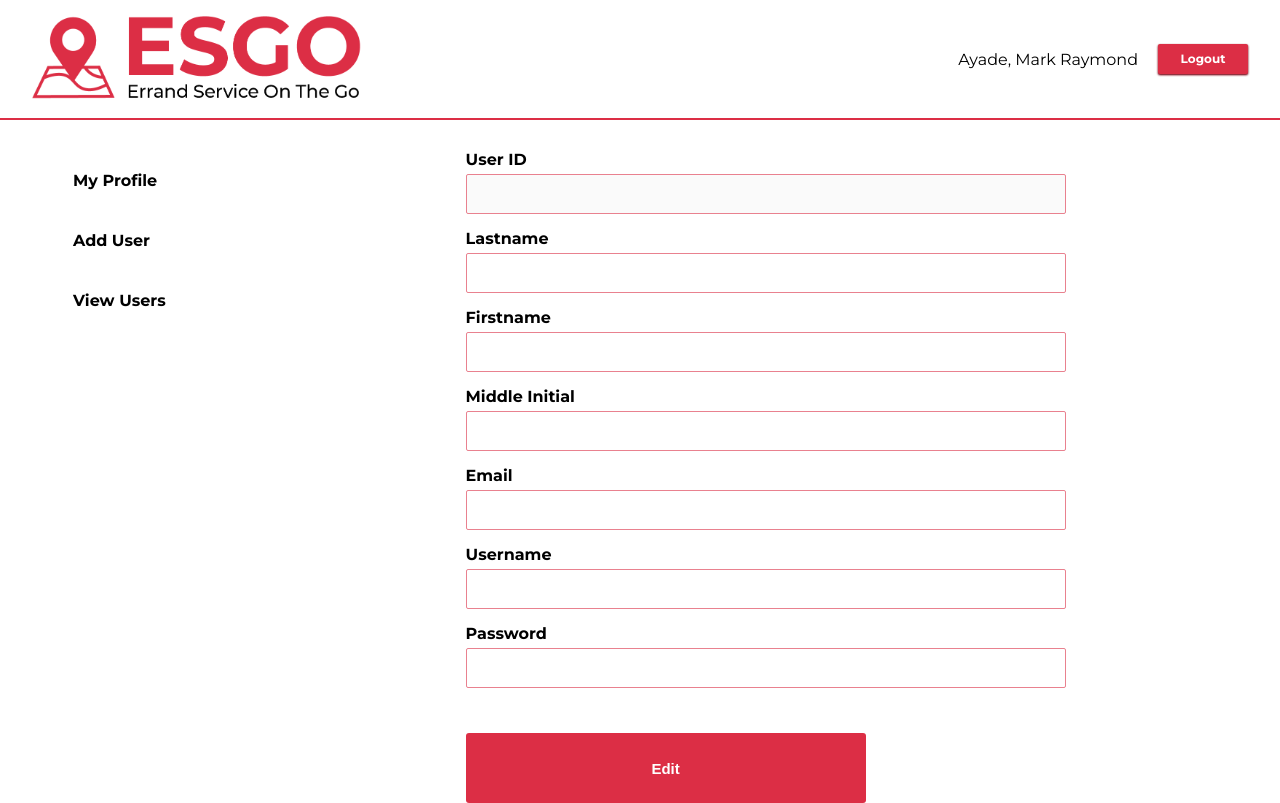
Repository: azkalonz/Int-Prog-2
Page: http://localhost/Int_Prog_2/?page=home
These files come from the project's save history. The page is drawn as it stood at one moment and after the next save; the edit follows.
The browser window is 1280 px wide. The pictures show the whole page.
The page is served by Tomcat 9.

Above is the page before, as saved 2021-03-30 06:03:06.

After the next save:
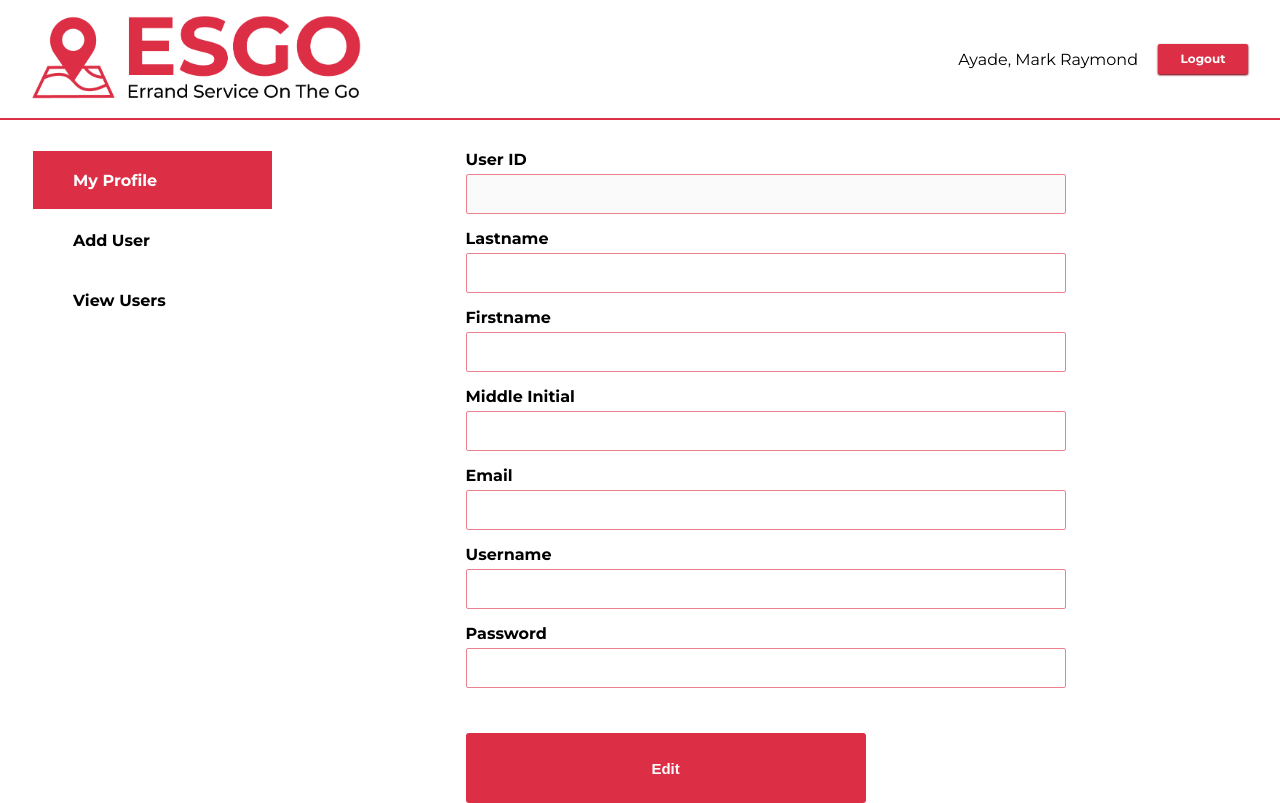
Saved 45 s later.
--- a/Int Prog 2/WebContent/WEB-INF/layout/nav.jsp
+++ b/Int Prog 2/WebContent/WEB-INF/layout/nav.jsp
@@ -4,12 +4,12 @@
 
 <div class="nav">
     <a href="<%=request.getContextPath()%>?page=home">
-        <div class="links">My Profile</div>
+        <div class="links<c:if test="${page=='home'}"> active</c:if>">My Profile</div>
     </a>
     <a href="<%=request.getContextPath()%>/register?page=register">
         <div class="links<c:if test="${page=='register'}"> active</c:if>">Add User</div>
     </a>
-    <a href="./users.html">
-        <div class="links">View Users</div>
+    <a href="<%=request.getContextPath()%>/employees?page=view">
+        <div class="links<c:if test="${page=='view'}"> active</c:if>">View Users</div>
     </a>
 </div>
